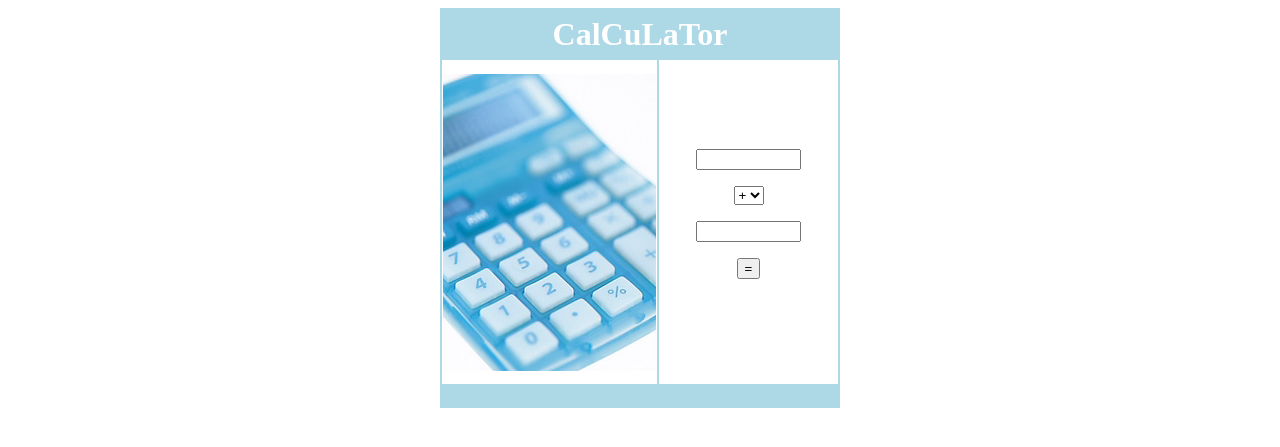
Repository: LeeHyeSu/JSP
Page: http://localhost/Practice32/calc.jsp
The author's editor kept a copy of each file at every save. The page is drawn from the files as they stood at one save, then again after the next save.
The browser window is 1280 px wide. The pictures show the whole page.
The page is served by Tomcat 9.

Above is the page before, as saved 2017-11-24 08:40:46.

After the next save:
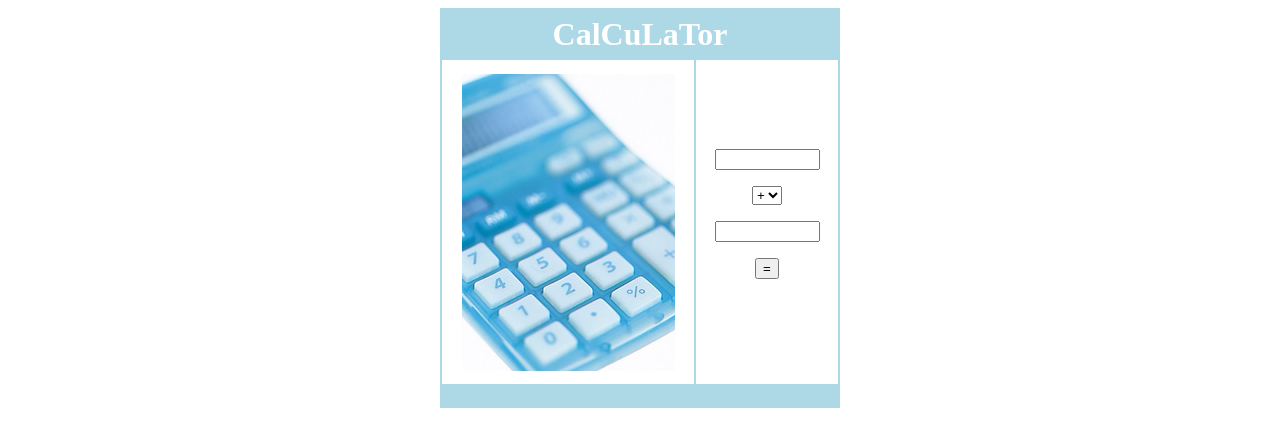
Saved 14 s later.
--- a/Practice32/WebContent/calc.jsp
+++ b/Practice32/WebContent/calc.jsp
@@ -16,7 +16,7 @@
 			</td>
 		</tr>
 		<tr align="center">
-			<td width="200px"><img src="images/cal.jpg"></td>
+			<td width="250px"><img src="images/cal.jpg"></td>
 			<td>
 				<input type="text" name="op1" size="10"><p>
 				<select name="operator">
